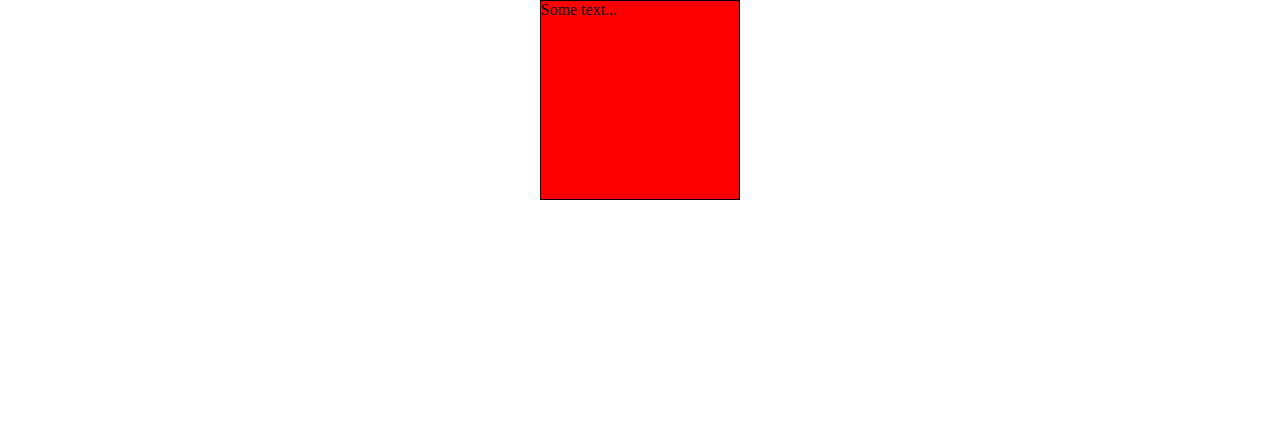
Repository: kamilluc/advanced-css-course
Page: Natours/my-implementation/index.html
An editor plug-in stored every save of this project. The page is shown before and after the next save, followed by the edit.
The browser window is 1280 px wide. The pictures show the whole page.

Above is the page before, as saved 2019-05-24 20:35:43.

### Natours/my-implementation/index.html
<!DOCTYPE html>
<html lang="en">
  <head>
    <meta charset="UTF-8" />
    <meta name="viewport" content="width=device-width, initial-scale=1.0" />

    <link
      href="https://fonts.googleapis.com/css?family=Lato:100,300,400,700,900"
      rel="stylesheet"
    />

    <link rel="stylesheet" href="css/icon-font.css" />
    <link rel="stylesheet" href="css/style.css" />
    <link rel="shortcut icon" type="image/png" href="img/favicon.png" />

    <title>Natours | Exciting tours for adventurous people</title>
  </head>
  <body>
    <!-- HEADER -->
    <header class="header">
      Some text...
    </header>
  </body>
</html>

### Natours/my-implementation/css/style.css
/*
COLORS:

Light green: #7ed56f
Medium green: #55c57a
Dark green: #28b485

*/
/* BASIC RESET, NORMALIZE COULD BE USED BUT NOT REALLY NEEDED */
*,
::before,
::after {
  margin: 0;
  padding: 0;
  box-sizing: border-box;
}

.header {
  height: 200px;
  width: 200px;
  background-color: red;
  margin: 0 auto;
  border: 1px solid;
}

Loaded but not shown: Natours/my-implementation/css/icon-font.css (no copy from this time; the picture is the same without it)

After the next save:
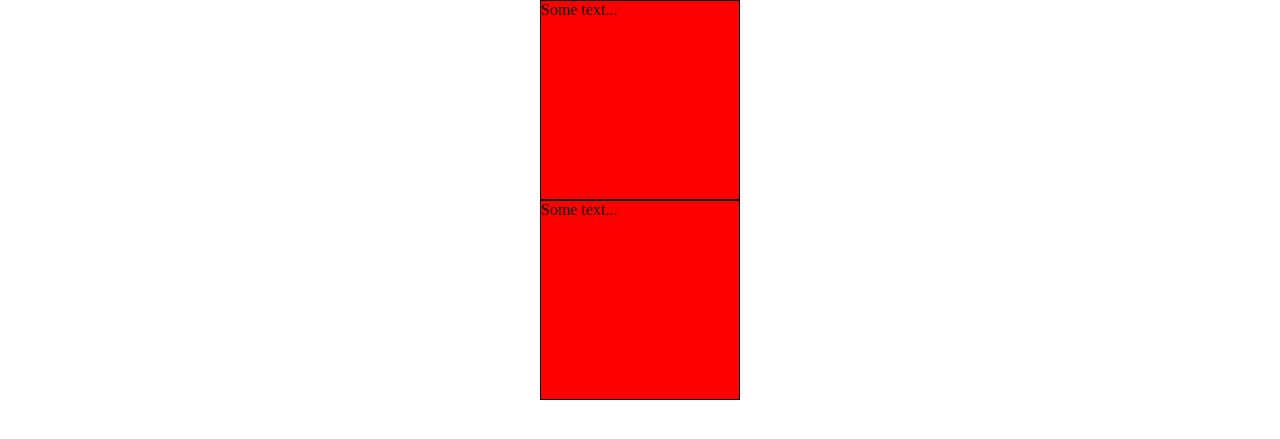
Saved 8 s later.
--- a/Natours/my-implementation/index.html
+++ b/Natours/my-implementation/index.html
@@ -20,5 +20,8 @@
     <header class="header">
       Some text...
     </header>
+    <header class="header">
+      Some text...
+    </header>
   </body>
 </html>
